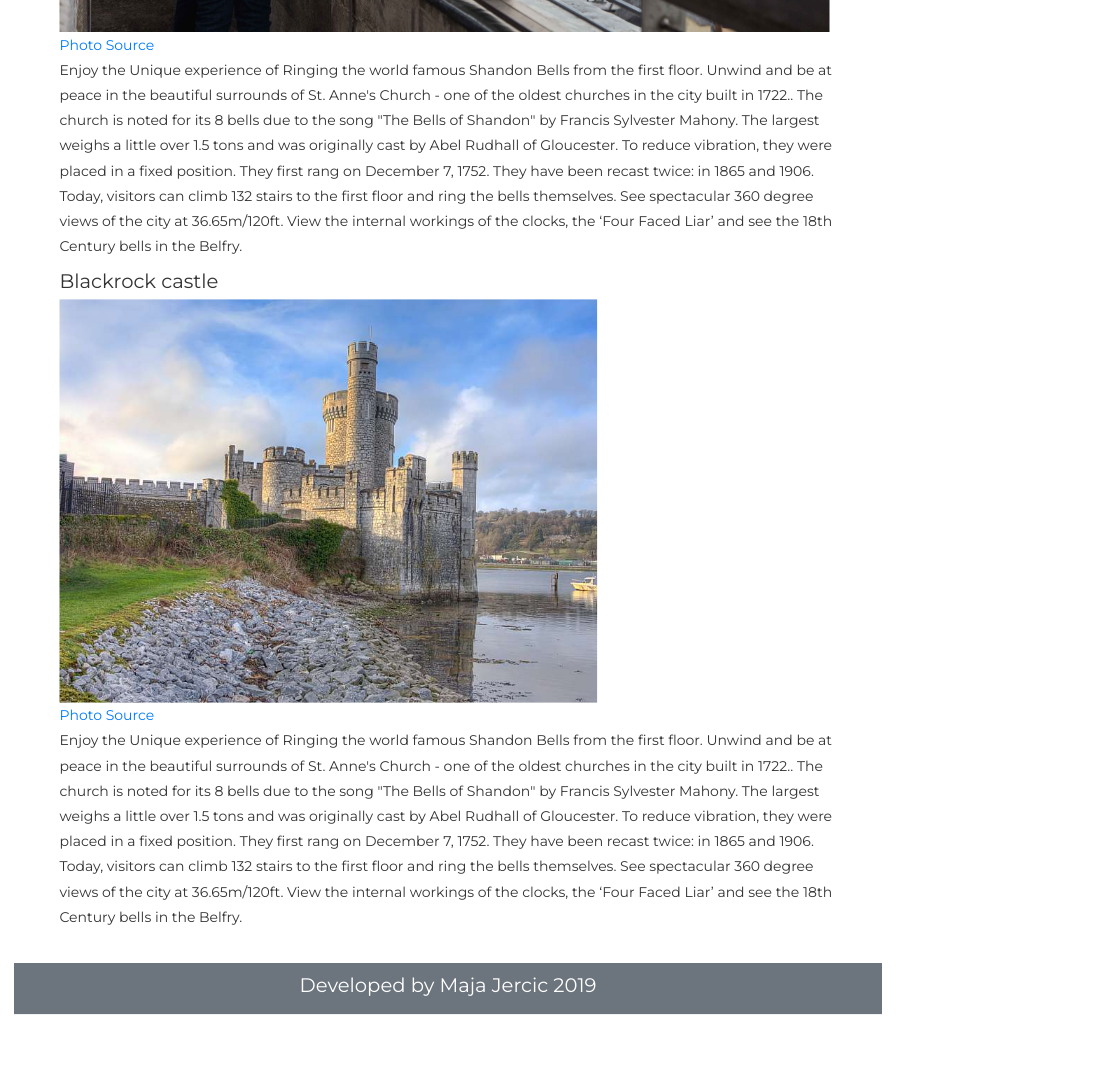
Repository: Maja-Jer/Welcome-to-Cork
Page: see.html
The author's editor kept a record of every edit. The page is drawn from the files as they stood at one moment, then again after the next edit.
The browser window is 1280 px wide. The page is 1585 px wide, so the pictures cover 1585 px, including what lies to the right of the window. The pictures show the part of the page from y = 3034 to 4594 px (the page is 4558 px tall before and 4594 px after), at 70% of full size.
Some web libraries are served in a nearby version.

Above is the page before.
Console error: TypeError: Cannot read properties of undefined (reading 'fn')

After the next edit:
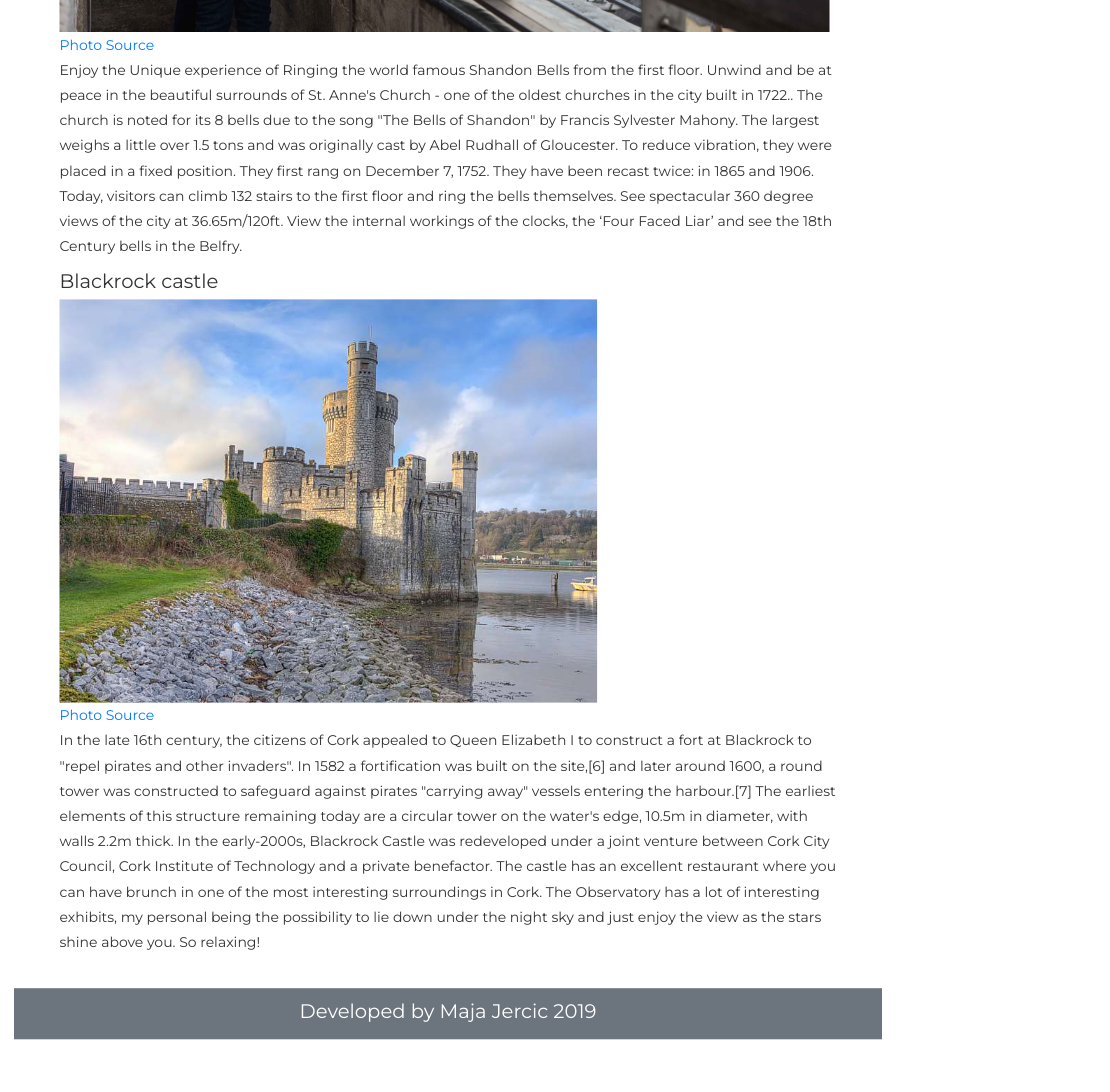
The edit:
--- a/see.html
+++ b/see.html
@@ -139,11 +139,11 @@
     </div>
 
 
-    <div class="container shandon-description">
-        <p col="shandon-decription">Enjoy the Unique experience of Ringing the world famous Shandon Bells from the first floor.
-Unwind and be at peace in the beautiful surrounds of St. Anne's Church - one of the oldest churches in the city built in 1722..﻿
-The church is noted for its 8 bells due to the song "The Bells of Shandon" by Francis Sylvester Mahony. The largest weighs a little over 1.5 tons and was originally cast by Abel Rudhall of Gloucester. To reduce vibration, they were placed in a fixed position. They first rang on December 7, 1752. They have been recast twice: in 1865 and 1906. Today, visitors can climb 132 stairs to the first floor and ring the bells themselves. See spectacular 360 degree views of the city at 36.65m/120ft. View the internal workings of the clocks, the ‘Four Faced Liar’ and see the 18th Century bells in the Belfry.
+    <div class="container blackrock-description">
+        <p col="blackrock-decription">In the late 16th century, the citizens of Cork appealed to Queen Elizabeth I to construct a fort at Blackrock to "repel pirates and other invaders". In 1582 a fortification was built on the site,[6] and later around 1600, a round tower was constructed to safeguard against pirates "carrying away" vessels entering the harbour.[7] The earliest elements of this structure remaining today are a circular tower on the water's edge, 10.5m in diameter, with walls 2.2m thick.
+In the early-2000s, Blackrock Castle was redeveloped under a joint venture between Cork City Council, Cork Institute of Technology and a private benefactor.
 
+The castle has an excellent restaurant where you can have brunch in one of the most interesting surroundings in Cork. The Observatory has a lot of interesting exhibits, my personal being the possibility to lie down under the night sky and just enjoy the view as the stars shine above you. So relaxing!
 
         </p>
 
